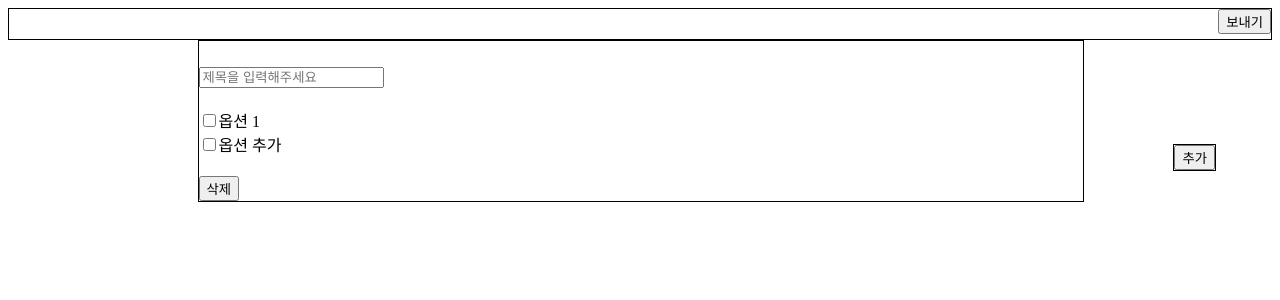
Repository: binigy97/VoteStie
Page: voteWeb/src/main/webapp/index.html
These files come from the project's save history. The page is drawn as it stood at one moment and after the next save; the edit follows.
The browser window is 1280 px wide. The pictures show the whole page.

Above is the page before, as saved 2022-02-26 20:48:10.

### voteWeb/src/main/webapp/index.html
<!DOCTYPE html>
<html lang="ko">
<head>
<meta charset="UTF-8">
<title>투표 사이트</title>
</head>
<style>
header {
	height: 30px;
	border: 1px solid black;
}
header > a {
	float: right;
}

section {
	width: 70%;
	margin: 0 auto;
}
article {
	border: 1px solid black;
}
section > article {
	width: 100%;
}
body > article {
	position: absolute;
	top: 20%;
	right: 5%;
}
div > label {
	display: block;
	color: black;
}
div > label:last-child {
	margin-bottom: 20px;
}
</style>
<body>
<!-- 헤더 -->
<header>
	<a href="/makeURL"><button>보내기</button></a>
</header>

<!-- 투표 내용 생성 -->
<section>
	<article>
		<h2><input type="text" name="title" placeholder="제목을 입력해주세요"></h2>
		<div>
			<label><input type="checkbox" name="op1" value="옵션 1">옵션 1</label>
			<label><input type="checkbox" name="add_btn" value="옵션 추가">옵션 추가</label>
		</div>
		<div>
			<button>삭제</button>
		</div>
	</article>
</section>

<!-- 투표지 추가 -->
<article>
	<button>추가</button>
</article>
</body>
</html>

After the next save:
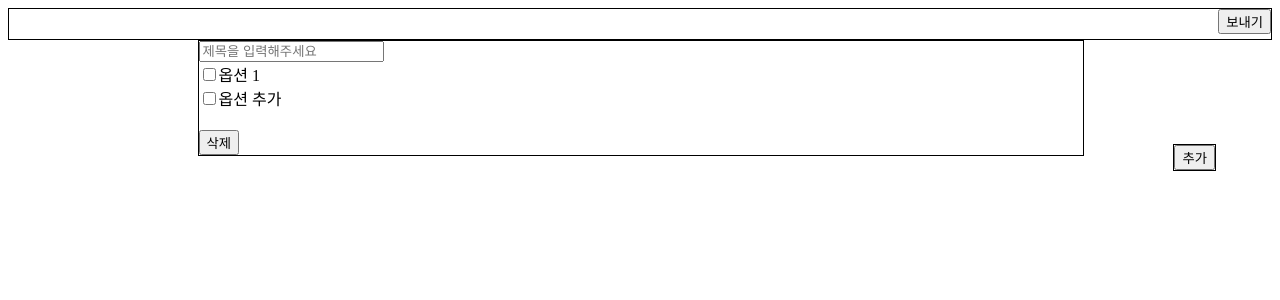
Saved 21 s later.
--- a/voteWeb/src/main/webapp/index.html
+++ b/voteWeb/src/main/webapp/index.html
@@ -45,7 +45,7 @@ div > label:last-child {
 <!-- 투표 내용 생성 -->
 <section>
 	<article>
-		<h2><input type="text" name="title" placeholder="제목을 입력해주세요"></h2>
+		<input type="text" name="title" placeholder="제목을 입력해주세요">
 		<div>
 			<label><input type="checkbox" name="op1" value="옵션 1">옵션 1</label>
 			<label><input type="checkbox" name="add_btn" value="옵션 추가">옵션 추가</label>
